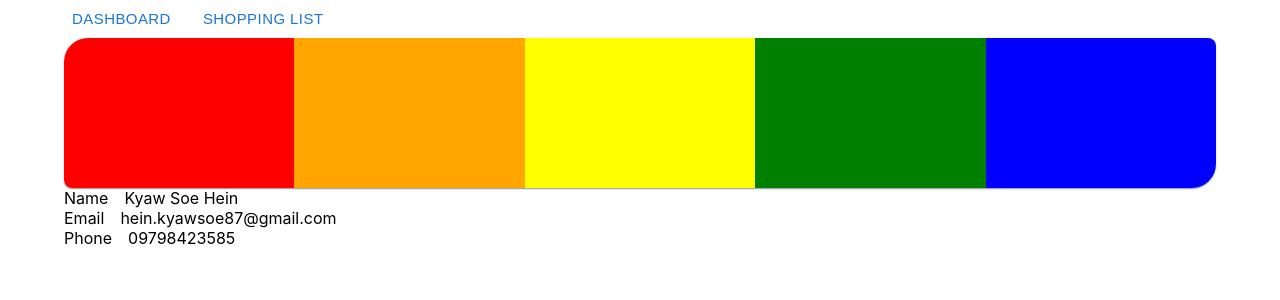
Repository: KyawSoeHein/GoogleAuthReact
Page: /
The author's editor kept a copy of each file at every save. The page is drawn from the files as they stood at one save, then again after the next save.
The browser window is 1280 px wide. The pictures show the whole page.
The project was rebuilt for these pictures with package versions that can differ from the ones it lists, and the page was loaded fresh each time. Also part of the build but not shown: src/App.css.

Above is the page before, as saved 2022-02-14 19:26:48.

After the next save:
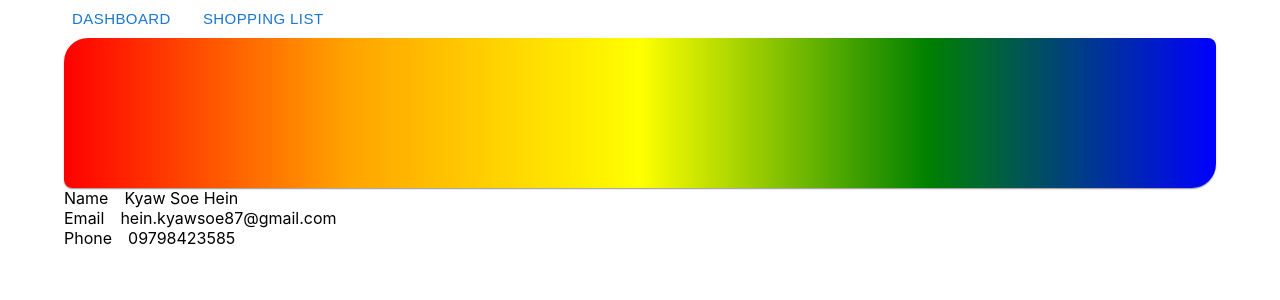
Saved 22 s later.
--- a/src/Components/CoverAndProfilePhoto.tsx
+++ b/src/Components/CoverAndProfilePhoto.tsx
@@ -13,7 +13,7 @@ const CoverAndProfilePhoto = () => {
         borderBottomLeftRadius: 8,
         borderBottomRightRadius: 24,
         background:
-          "linear-gradient(to right, red 20%, orange 20% 40%, yellow 40% 60%, green 60% 80%, blue 80%)",
+          "linear-gradient(to right, red, orange, yellow, green, blue)",
       }}
     ></Paper>
   );
